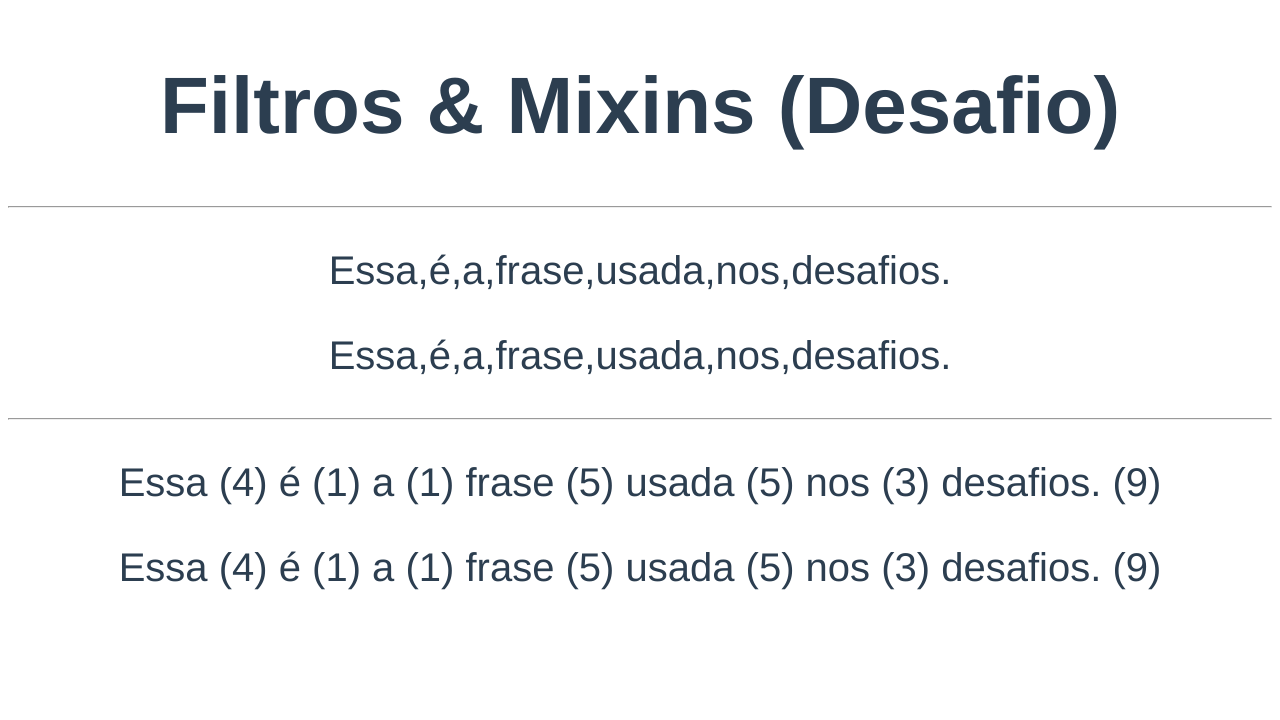
Repository: LucianoBitt/Curso_VueJS
Page: / (app in 11_filtros-mixins/filtros-mixins-desafio/)
The author's editor kept a copy of each file at every save. The page is drawn from the files as they stood at one save, then again after the next save.
The browser window is 1280 px wide. The pictures show the whole page.
The project was rebuilt for these pictures with package versions that can differ from the ones it lists, and the page was loaded fresh each time.

Above is the page before, as saved 2023-12-21 12:34:45.

### 11_filtros-mixins/filtros-mixins-desafio/src/main.js
import Vue from 'vue'
import App from './App.vue'

Vue.config.productionTip = false

Vue.filter('contarPalavras', function(valor) {
    return valor.split(' ').map(p => `${p} (${p.length})`).join(' ')
})

new Vue({
    render: h => h(App),
}).$mount('#app')

### 11_filtros-mixins/filtros-mixins-desafio/src/App.vue
<template>
	<div id="app">
		<h1>Filtros & Mixins (Desafio)</h1>
		<hr>
		<p>{{ frase | espaco-por-virgula }}</p>
		<p>{{ frase | espacoPorVirgula }}</p>
		<hr>
		<p>{{ frase | contar-palavras }}</p>
		<p>{{ frase | contarPalavras }}</p>

		<!-- Exercício 3 -->
		<!-- Implementar os exercicios 1 e 2 com propriedade computada -->

		<!-- Exercício 4 -->
		<!-- Compartilhe a propriedade computada via mixin -->
	</div>
</template>

<script>
export default {
	data() {
		return {
			frase: 'Essa é a frase usada nos desafios.'
		}
	},
	filters: {
		espacoPorVirgula(valor) {
			return valor.replace(/\s/g, ',')
		}
	}
}
</script>

<style>
#app {
	font-family: 'Avenir', Helvetica, Arial, sans-serif;
	-webkit-font-smoothing: antialiased;
	-moz-osx-font-smoothing: grayscale;
	text-align: center;
	color: #2c3e50;
	margin-top: 60px;
	font-size: 2.5rem;
}
</style>

Loaded but not shown: 11_filtros-mixins/filtros-mixins-desafio/public/index.html (common file)

After the next save:
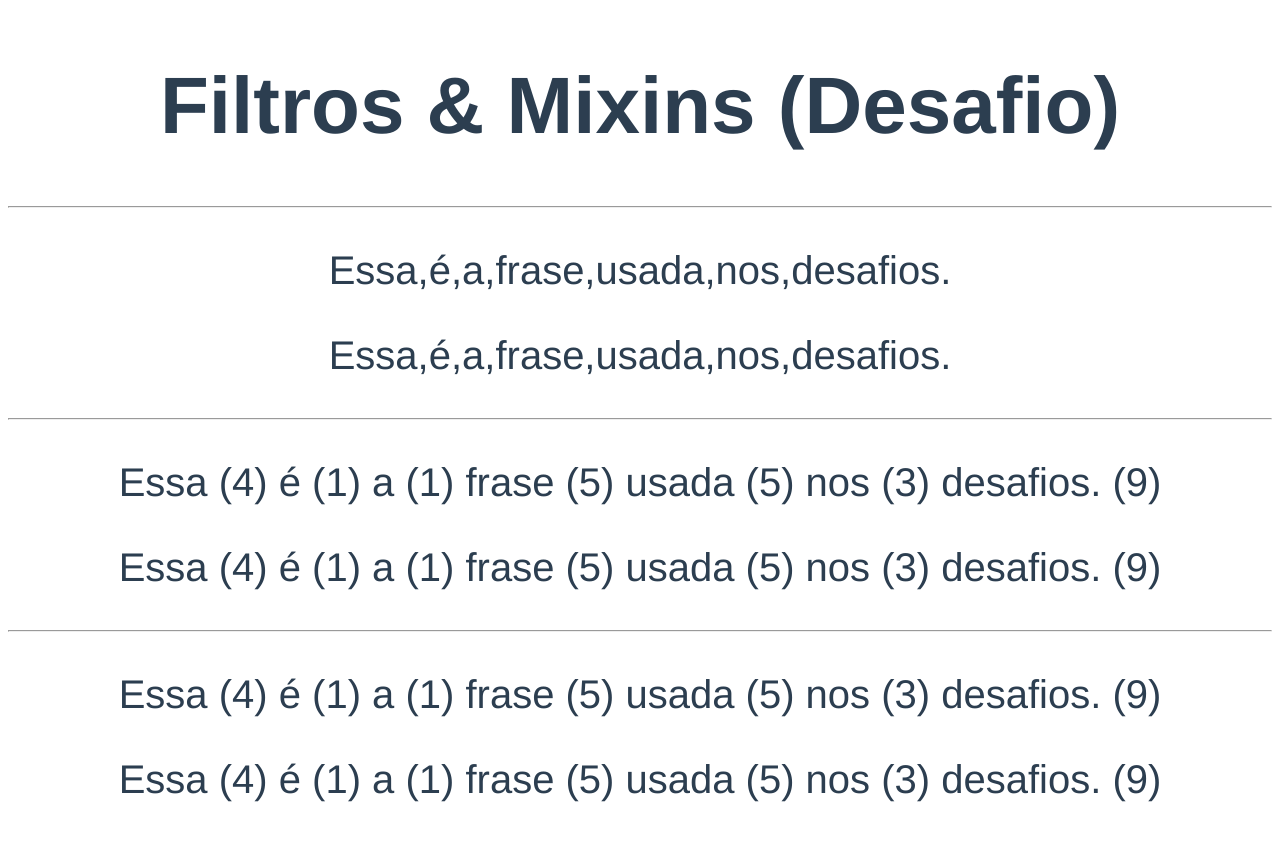
Saved 65 s later.
--- a/11_filtros-mixins/filtros-mixins-desafio/src/App.vue
+++ b/11_filtros-mixins/filtros-mixins-desafio/src/App.vue
@@ -10,6 +10,9 @@
 
 		<!-- Exercício 3 -->
 		<!-- Implementar os exercicios 1 e 2 com propriedade computada -->
+		<hr>
+		<p>{{ frase | contar-palavras }}</p>
+		<p>{{ frase | contarPalavras }}</p>
 
 		<!-- Exercício 4 -->
 		<!-- Compartilhe a propriedade computada via mixin -->
